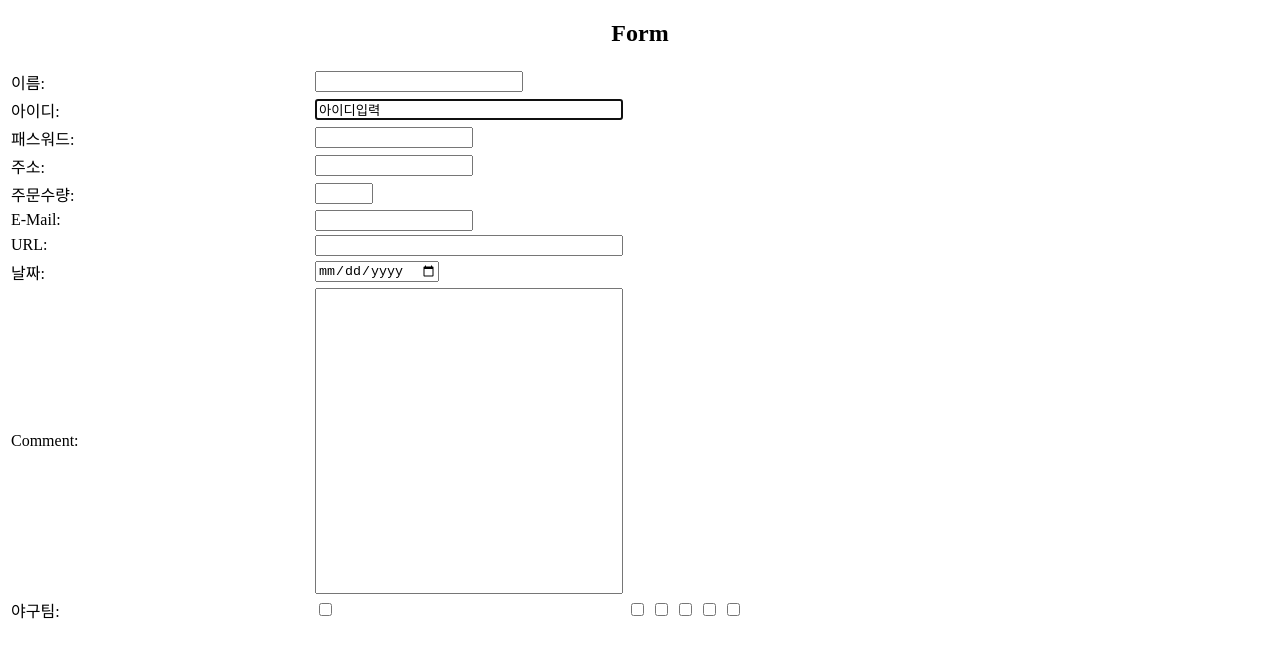
Repository: gyujin91/JSP
Page: web01/src/main/webapp/form.html
An editor plug-in stored every save of this project. The page is shown before and after the next save, followed by the edit.
The browser window is 1280 px wide. The pictures show the whole page.

Above is the page before, as saved 2022-04-22 05:43:21.

### web01/src/main/webapp/form.html
<!DOCTYPE html>
<html>
<head>
<meta charset="UTF-8">
<link rel="stylesheet" type="text/css" href="">
<style>
.form{text-align: center;}
.input1{width: 200px;}
.input2{width:300px;}
.input3{width:150px;}
.input4{width:150px;}
.input5{width:50px;}
.input6{width:150px;}
.input7{width:300px;}
.input8{width: 300px; height: 300px;}
.td1{width:300px}
</style>

<title>Form Sample</title>
</head>
<body>
	<h2 class="form">Form</h2>
	<form action="loginPro.jsp" method="post" name="twin">
        <table>
            <tr>
                <td class="td1">이름:</td>
                <td><input type="text" name="name" class="input1"></td>
            </tr>
            <tr>
            	<td class="td1">아이디:
            	<td><input type="text" name="uid"  class="input2" value="아이디입력" autofocus="autofocus"></td>
            </tr>
            <tr>
            	<td class="td1">패스워드:
            	<td><input type="password" name="upw" class="input3"></td>
            </tr>
            <tr>
            	<td class="td1">주소:
            	<td><input type="text" name="adrr" class="input4"></td>
            </tr>
            <tr>
            	<td class="td1">주문수량:
            	<td><input type="text" name="ordercount" class="input5"></td>
            </tr>
            <tr>
            	<td class="td1">E-Mail:
            	<td><input type="email" name="eamil" class="input6"></td>
            </tr>
            <tr>
            	<td class="td1">URL:
            	<td><input type="url" name="url" class="input7"></td>
            </tr>
            <tr>
            	<td class="td1">날짜:
            	<td><input type="date" name="date"></td>
            </tr>
            <tr>
            	<td class="td1">Comment:
            	<td><input type="text" name="comment" class="input8"></td>
            </tr>
            <tr>
            	<td class="td1">야구팀:
            	<td><lable><input type="checkbox" name="check" value="두산" class="input9"></lable></td>
            	<td><lable><input type="checkbox" name="check" value="NC" class="input9"></lable></td>
            	<td><lable><input type="checkbox" name="check" value="LG" class="input9"></lable></td>
            	<td><lable><input type="checkbox" name="check" value="SK" class="input9"></lable></td>
            	<td><lable><input type="checkbox" name="check" value="KIA" class="input9"></lable></td>
            	<td><lable><input type="checkbox" name="check" value="Samsung" class="input9"></lable></td>
            </tr>



        </table>




</body>
</html>

After the next save:
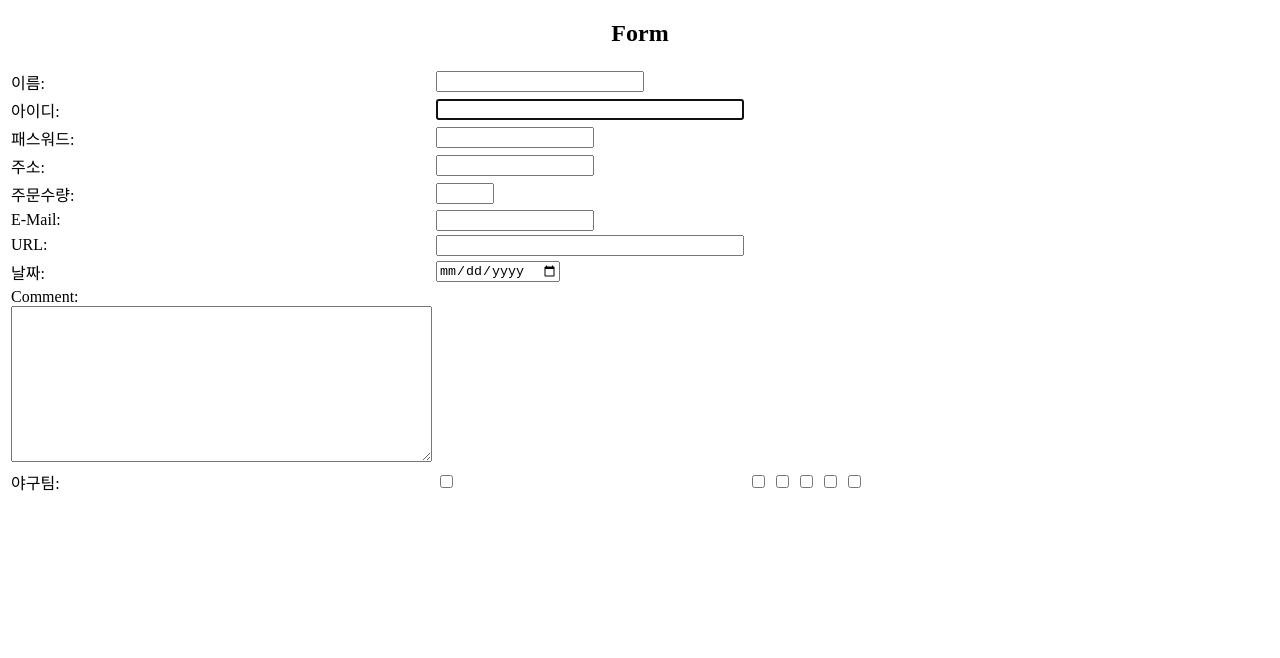
Saved 3 min 23 s later.
--- a/web01/src/main/webapp/form.html
+++ b/web01/src/main/webapp/form.html
@@ -28,7 +28,7 @@
             </tr>
             <tr>
             	<td class="td1">아이디:
-            	<td><input type="text" name="uid"  class="input2" value="아이디입력" autofocus="autofocus"></td>
+            	<td><input type="text" name="uid"  class="input2" autofocus="autofocus"></td>
             </tr>
             <tr>
             	<td class="td1">패스워드:
@@ -56,7 +56,7 @@
             </tr>
             <tr>
             	<td class="td1">Comment:
-            	<td><input type="text" name="comment" class="input8"></td>
+            	<textarea rows="10" cols="50" name="comment"></textarea>
             </tr>
             <tr>
             	<td class="td1">야구팀:
